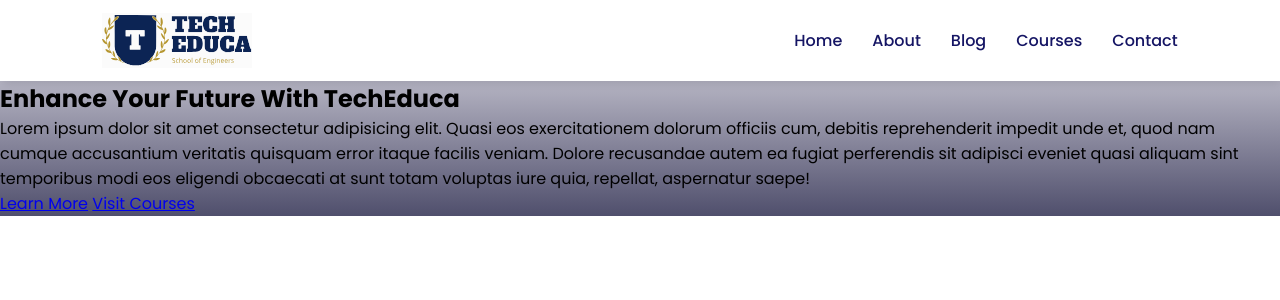
Repository: douglasabnovato/newtech
Page: index.html
An editor plug-in stored every save of this project. The page is shown before and after a run of saves, followed by the edit.
The browser window is 1280 px wide. The pictures show the whole page.
Some web libraries are served in a nearby version.

Above is the page before, as saved 2025-06-19 22:57:50.

### index.html
<!DOCTYPE html>
<html lang="en">
  <head>
    <meta charset="UTF-8" />
    <meta http-equiv="X-UA-Compatible" content="IE=edge" />
    <meta name="viewport" content="width=device-width, initial-scale=1.0" />
    <title>new TECH</title>

    <link
      rel="stylesheet"
      href="https://pro.fontawesome.com/releases/v5.10.0/css/all.css"
    />

    <link rel="stylesheet" href="style.css" />

    <script
      src="https://code.jquery.com/jquery-3.6.0.min.js"
      integrity="sha256-/xUj+3OJU5yExlq6GSYGSHk7tPXikynS7ogEvDej/m4="
      crossorigin="anonymous"
    ></script>
  </head>

  <body>
    <!-- Navigation -->
    <nav>
      <img src="./images/logo.svg" alt="logo o treinamento" srcset="" />
      <div class="navigation">
        <ul>
          <li><a href="#">Home</a></li>
          <li><a href="#">About</a></li>
          <li><a href="#">Blog</a></li>
          <li><a href="#">Courses</a></li>
          <li><a href="#">Contact</a></li>
        </ul>
      </div>
    </nav>

    <!-- Home -->
    <section id="home">
      <h2>Enhance Your Future With TechEduca</h2>
      <p>
        Lorem ipsum dolor sit amet consectetur adipisicing elit. Quasi eos
        exercitationem dolorum officiis cum, debitis reprehenderit impedit unde
        et, quod nam cumque accusantium veritatis quisquam error itaque facilis
        veniam. Dolore recusandae autem ea fugiat perferendis sit adipisci
        eveniet quasi aliquam sint temporibus modi eos eligendi obcaecati at
        sunt totam voluptas iure quia, repellat, aspernatur saepe!
      </p>
      <div class="btn">
        <a href="#" class="blue">Learn More</a>
        <a href="#" class="yellow">Visit Courses</a>
      </div>
    </section>

    <!-- features -->

    <!-- Courses -->

    <!-- Registration -->

    <!-- Profiles -->

    <!-- Footer -->

    <script>
      // Navaigation Bar
    </script>
  </body>
</html>

### style.css
@import url("https://fonts.googleapis.com/css2?family=Poppins:wght@100;200;300;400;500;600;700;800;900&display=swap");
* {
  margin: 0;
  padding: 0;
  box-sizing: border-box;
  font-family: "Poppins", sans-serif;
}

body {
  font-family: "Poppins", sans-serif;
}

/* Global Tags */

h1 {
  font-size: 2.5rem;
  font-weight: 700;
  color: rgb(35, 35, 85);
}

span {
  font-size: 0.9rem;
  color: #757373;
}

h6 {
  font-size: 1.1rem;
  color: rgb(24, 24, 49);
}

/* Navigation */
nav {
  display: flex;
  flex-direction: row;
  justify-content: space-between;
  align-items: center;
  padding: 1vw 8vw;
  box-shadow: 2px 2px 10px rgba(0, 0, 0, 0.15);
}

nav img {
  width: 150px;
  cursor: pointer;
}

nav .navigation ul {
  display: flex;
  justify-content: flex-end;
  align-items: center;
}

nav .navigation ul li {
  list-style: none;
  margin-left: 30px;
}

nav .navigation ul li a {
  text-decoration: none;
  color: rgb(21, 21, 100);
  font-size: 16px;
  font-weight: 500;
  transition: 0.3s ease;
}

nav .navigation ul li a:hover {
  color: #fdc938;
}

/* Home */

#home {
  background-image: linear-gradient(rgba(9,5,54,0.3), rgba(5,4,46,0.7));
}

/* features */

/* course */

/* registration */

/* experts */

/* footer */

/* About */

/* Blog */

/* Course_inner */

/* contact */

/* responsive */

@media (max-width: 769px) {
}

@media (max-width: 475px) {
}

After the next 2 saves:
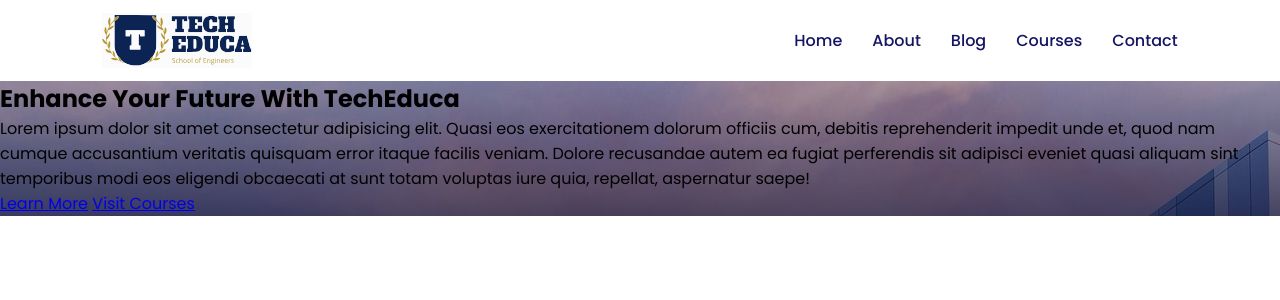
The 2 saves are shown as one change because they came seconds apart.
The last was saved 90 s later.
--- a/style.css
+++ b/style.css
@@ -69,7 +69,8 @@
 /* Home */
 
 #home {
-  background-image: linear-gradient(rgba(9,5,54,0.3), rgba(5,4,46,0.7));
+  background-image: linear-gradient(rgba(9, 5, 54, 0.3), rgba(5, 4, 46, 0.7)),
+    url("./images/back.jpg");
 }
 
 /* features */
